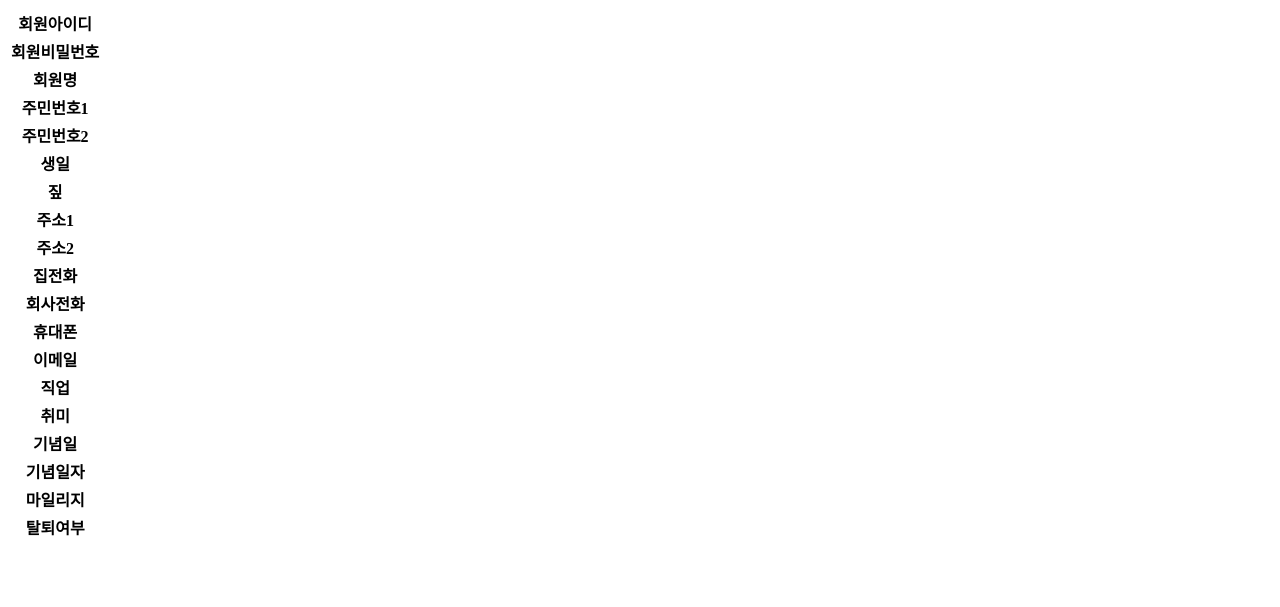
Repository: HEOGEUNJU/JSP
Page: http://localhost/WebStudy02_MVN/WEB-INF/views/member/memberView.jsp
An editor plug-in stored every save of this project. The page is shown before and after the next save, followed by the edit.
The browser window is 1280 px wide. The pictures show the whole page.
The page is served by Tomcat 9. Nobody is signed in. The template is opened directly, without the code that normally fills it, so the values that code supplies are empty.

Above is the page before, as saved 2022-12-28 01:21:46.

After the next save:
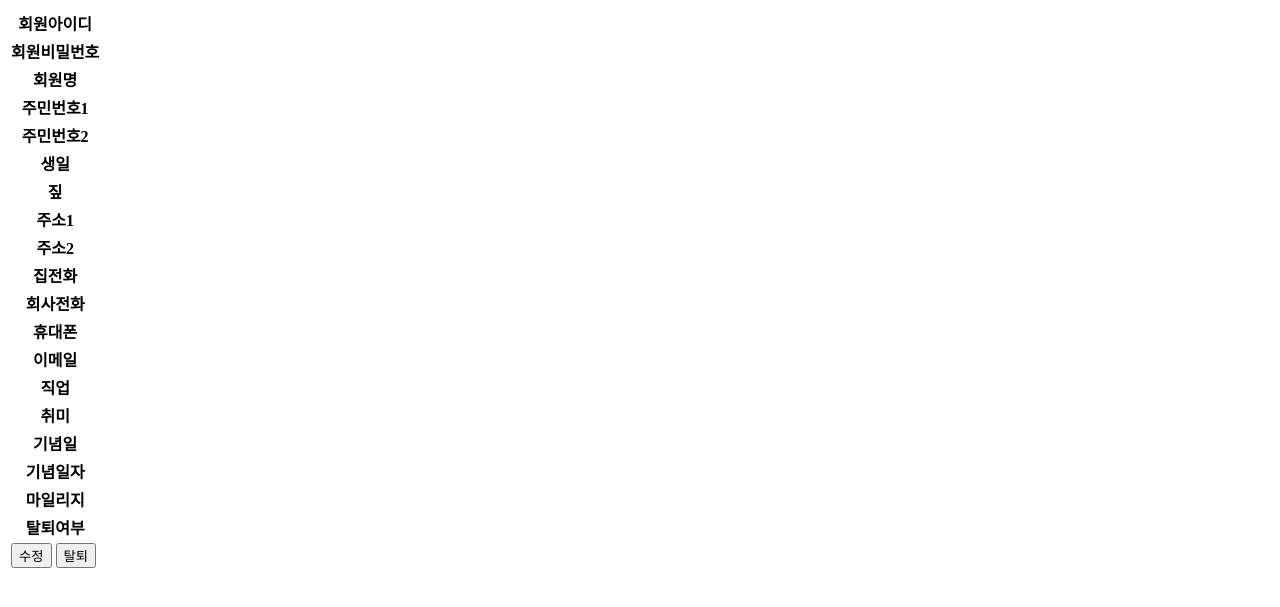
Saved 21 min 38 s later.
--- a/WebStudy02_MVN/src/main/webapp/WEB-INF/views/member/memberView.jsp
+++ b/WebStudy02_MVN/src/main/webapp/WEB-INF/views/member/memberView.jsp
@@ -84,6 +84,13 @@
 			<th>탈퇴여부</th>
 			<td>${member.memDelete }</td>
 		</tr>
+
+		<tr>
+			<td colspan="2">
+				<input type="button" value = "수정"/>
+				<input type="button" value = "탈퇴"/>
+			</td>
+		</tr>
 	</table>
 </body>
 </html>
